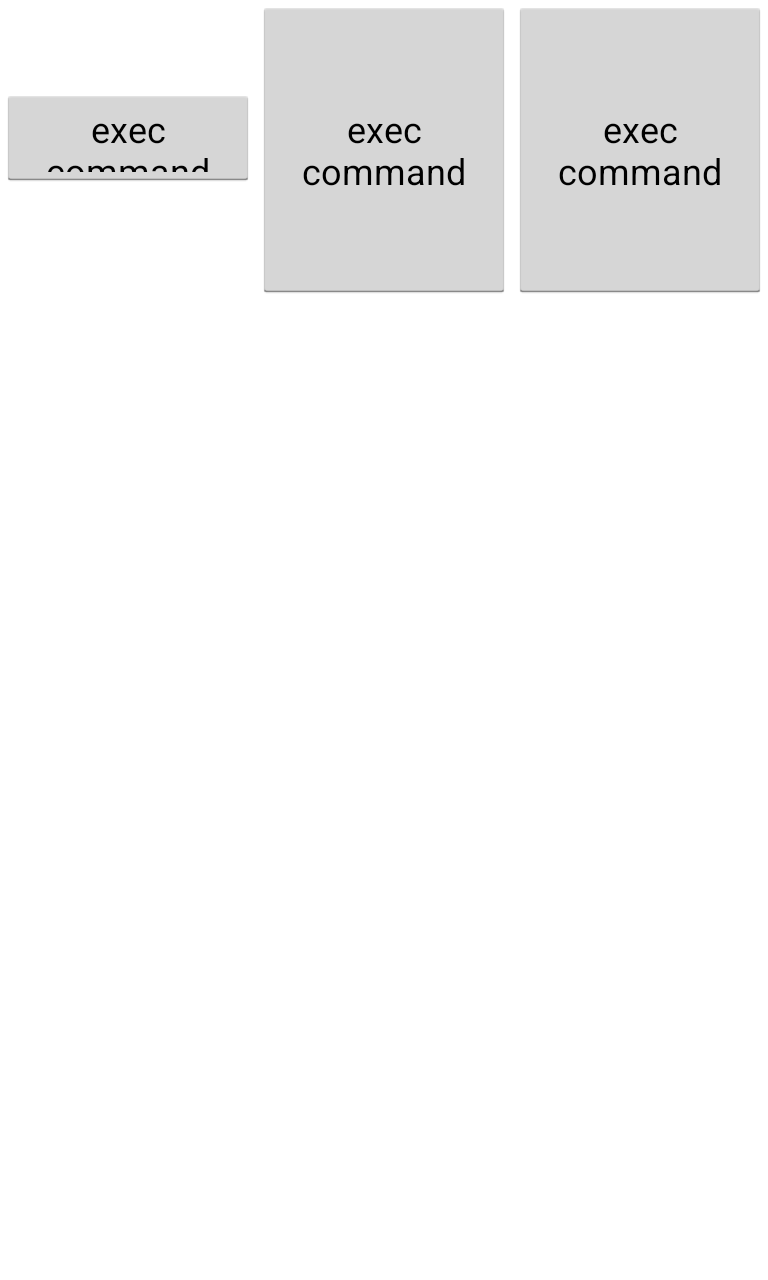
Repository: zzttt/LVM_BackupSol
Layout: TimeTraveler/res/layout/activity_main.xml
These files come from the project's save history. The layout is drawn as it stood at one moment and after the next save; the edit follows.
It is drawn on a 768 x 1280 px phone screen (xhdpi) without system bars, with theme AppTheme; the app's code is not run. Lists and similar views that code fills are empty.

Above is the layout before, as saved 2014-07-01 23:28:48.

After the next save:
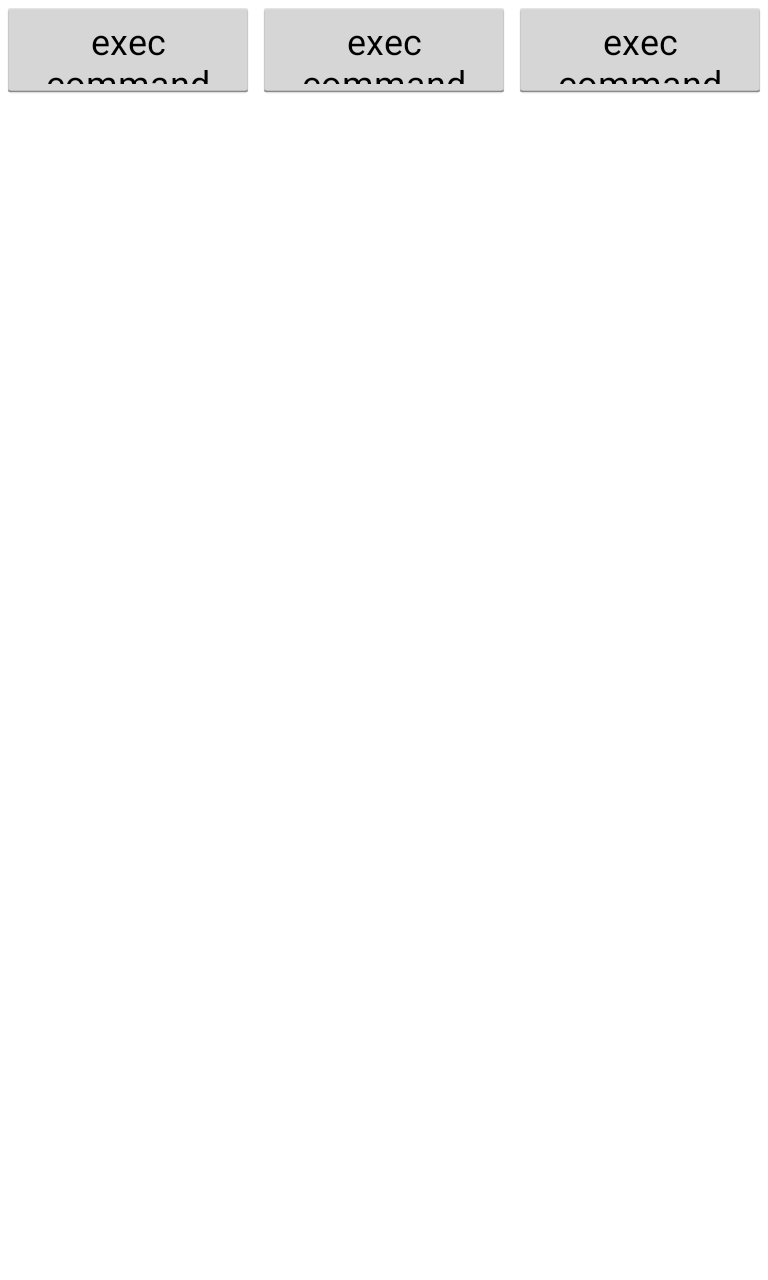
Saved 7 s later.
--- a/TimeTraveler/res/layout/activity_main.xml
+++ b/TimeTraveler/res/layout/activity_main.xml
@@ -6,7 +6,7 @@
 
     <LinearLayout
         android:layout_width="fill_parent"
-        android:layout_height="150dip"
+        android:layout_height="50dip"
         android:orientation="horizontal"
         android:id="@+id/title_layout"
         >
@@ -22,14 +22,14 @@
             android:id="@+id/btn_two"
             android:layout_width="0dip"
             android:layout_weight="1"
-            android:layout_height="150dip"
+            android:layout_height="50dip"
             android:text="exec command" />
 
         <Button
             android:id="@+id/btn_three"
             android:layout_width="0dip"
             android:layout_weight="1"
-            android:layout_height="150dip"
+            android:layout_height="50dip"
             android:text="exec command" />
     </LinearLayout>
 
